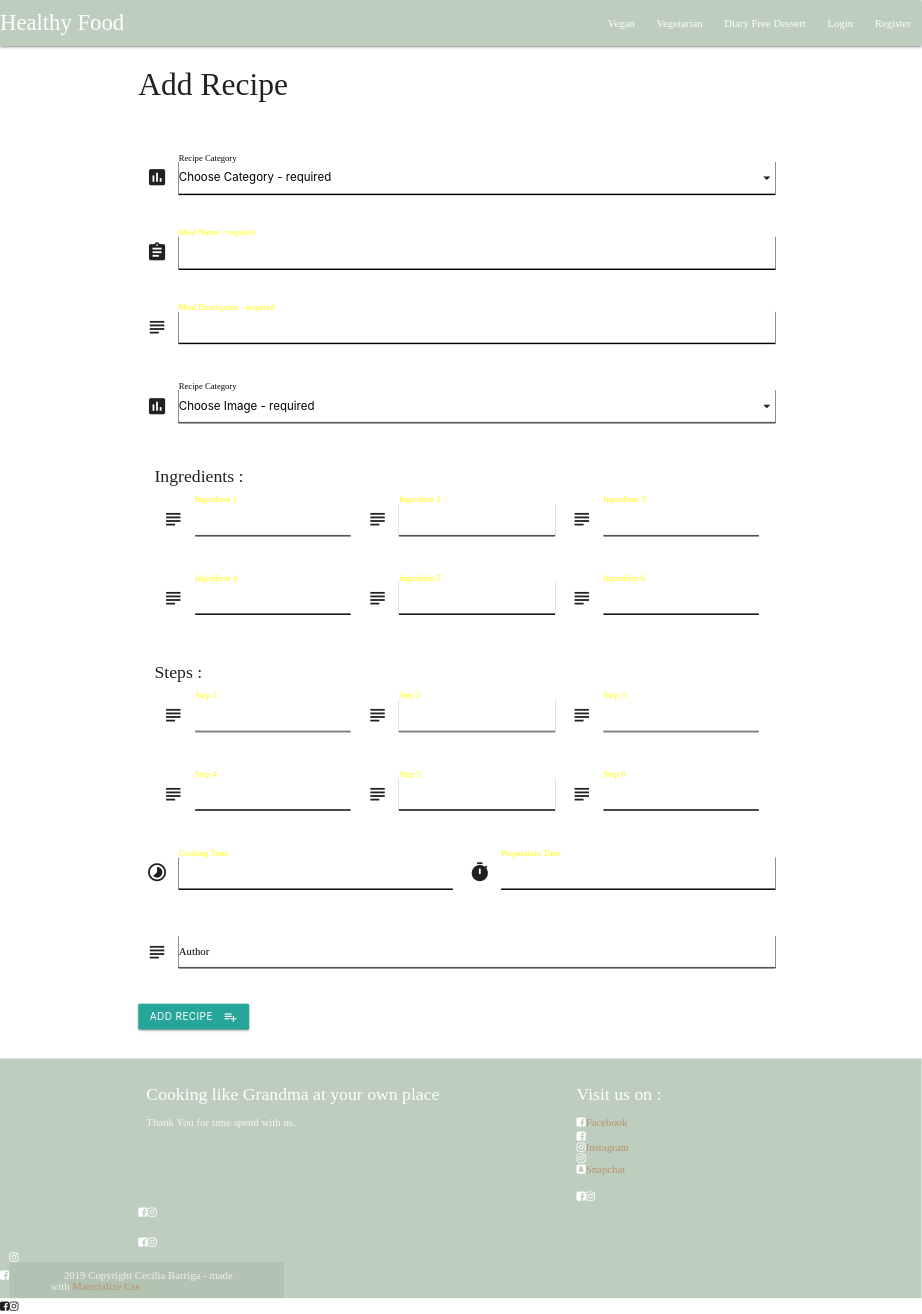
Repository: cesole/cookbook
Page: http://localhost/add_recipe
The author's editor kept a record of every edit. The page is drawn from the files as they stood at one moment, then again after the next edit.
The browser window is 1280 px wide. The pictures show the whole page, at 72% of full size.
Some web fonts or font styles are not loaded; a fallback is used. The page is served by the project's application, run on Flask 3 (app.py). Queries for data that is not in the repository find no rows.

Above is the page before.

After the next edit:
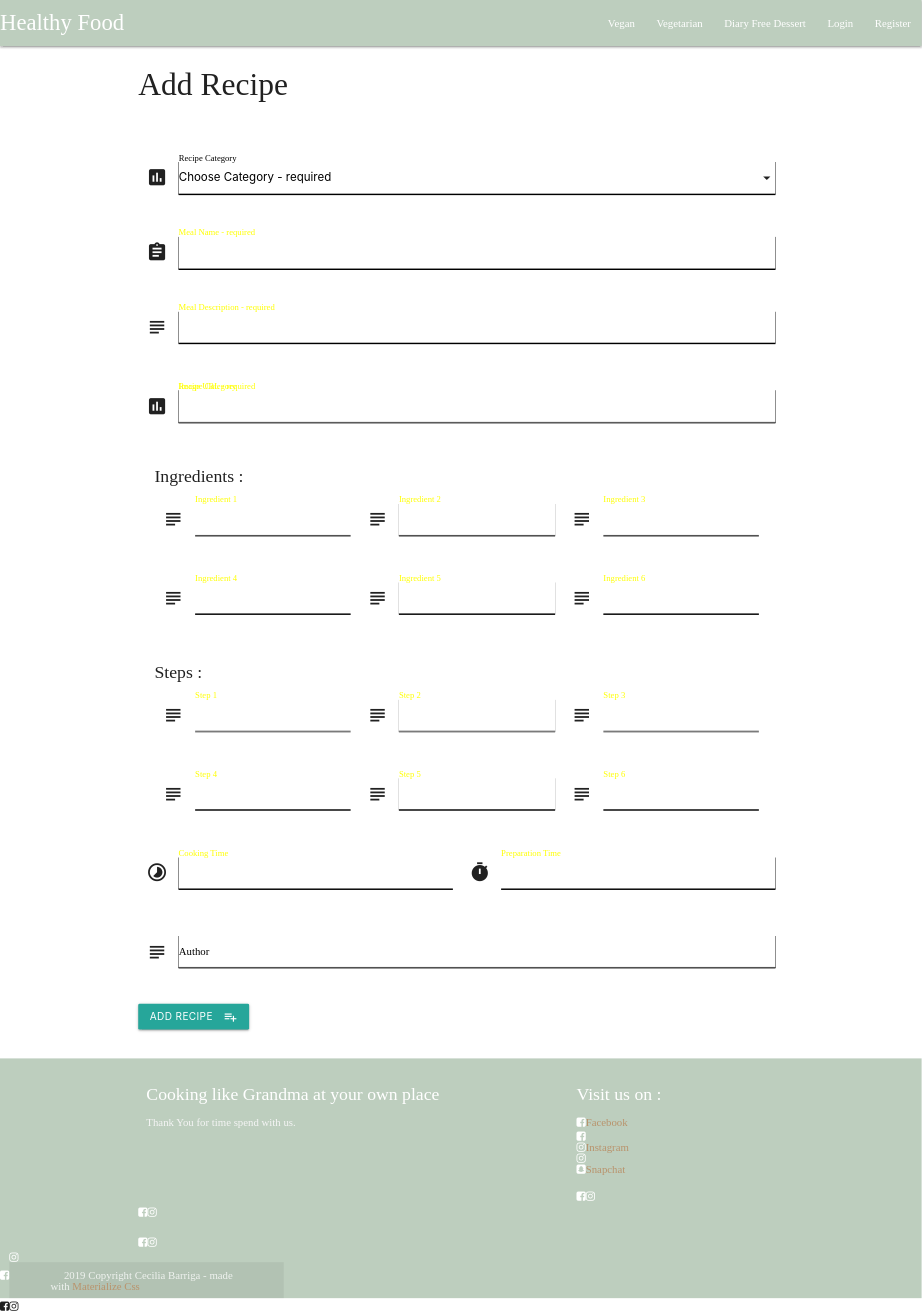
The edit:
--- a/templates/add_recipe.html
+++ b/templates/add_recipe.html
@@ -33,8 +33,8 @@
             <div class="row">
                 <div class="input-field col s12">
                     <i class="material-icons prefix">poll</i>
-                    <select id="image" name="image" required>
-                        <option value="" disabled selected>Choose Image - required</option>
+                    <input placeholder="" id="image" name="image" type="text" class="validate" data-length="20" required>
+                    <label for="icon_prefix">Image URL - required</label>
                         {% for image in images %}
                         <option value="{{meal.image}}">{{meal.image}}</option>
                         {% endfor %}
